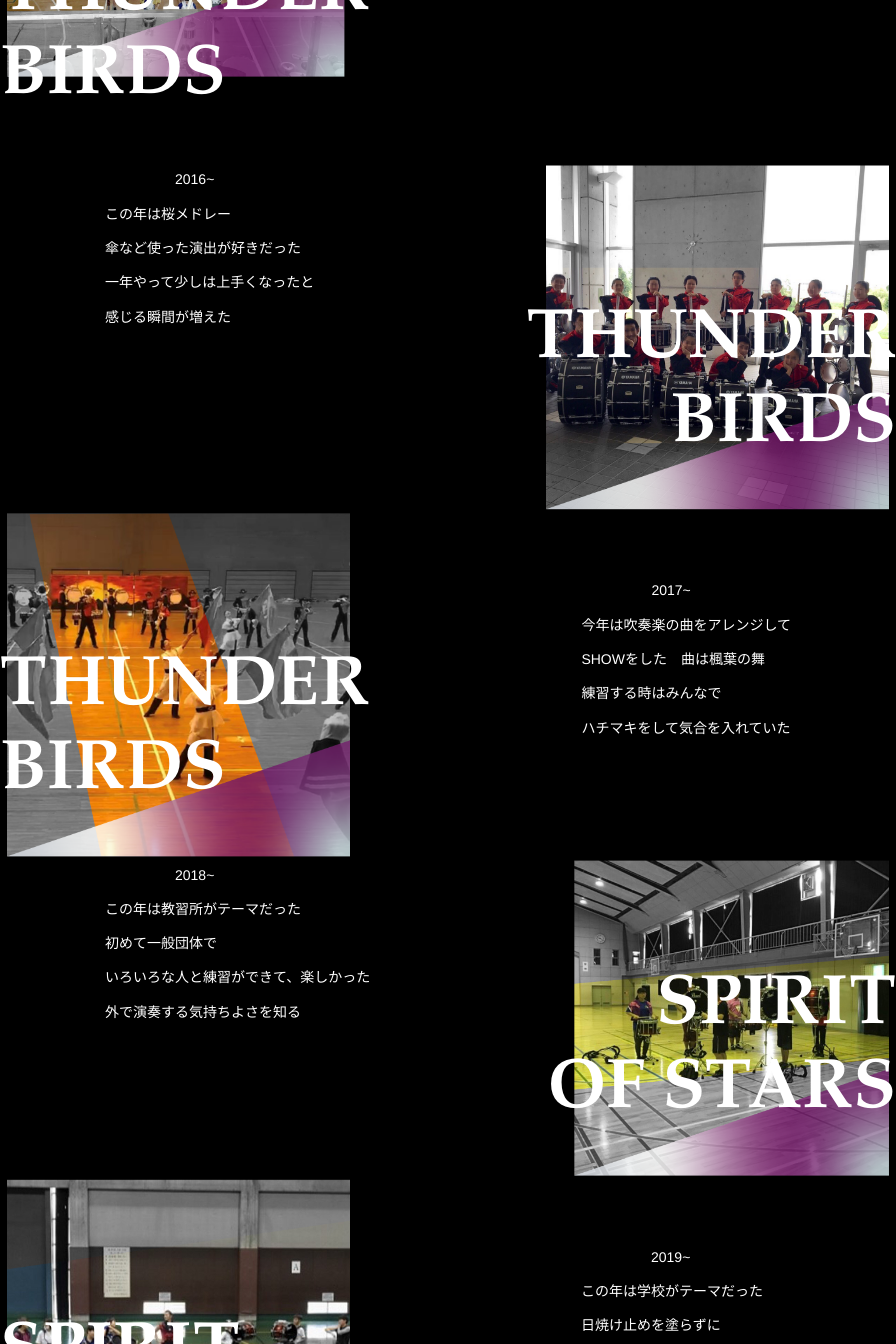
Repository: yutosoma/profile
Page: yuto/marching.html
The author's editor kept a record of every edit. The page is drawn from the files as they stood at one moment, then again after the next edit.
The browser window is 1280 px wide. The pictures show the part of the page from y = 1108 to 3028 px (the page is 3827 px tall), at 70% of full size.

Above is the page before.

After the next edit:
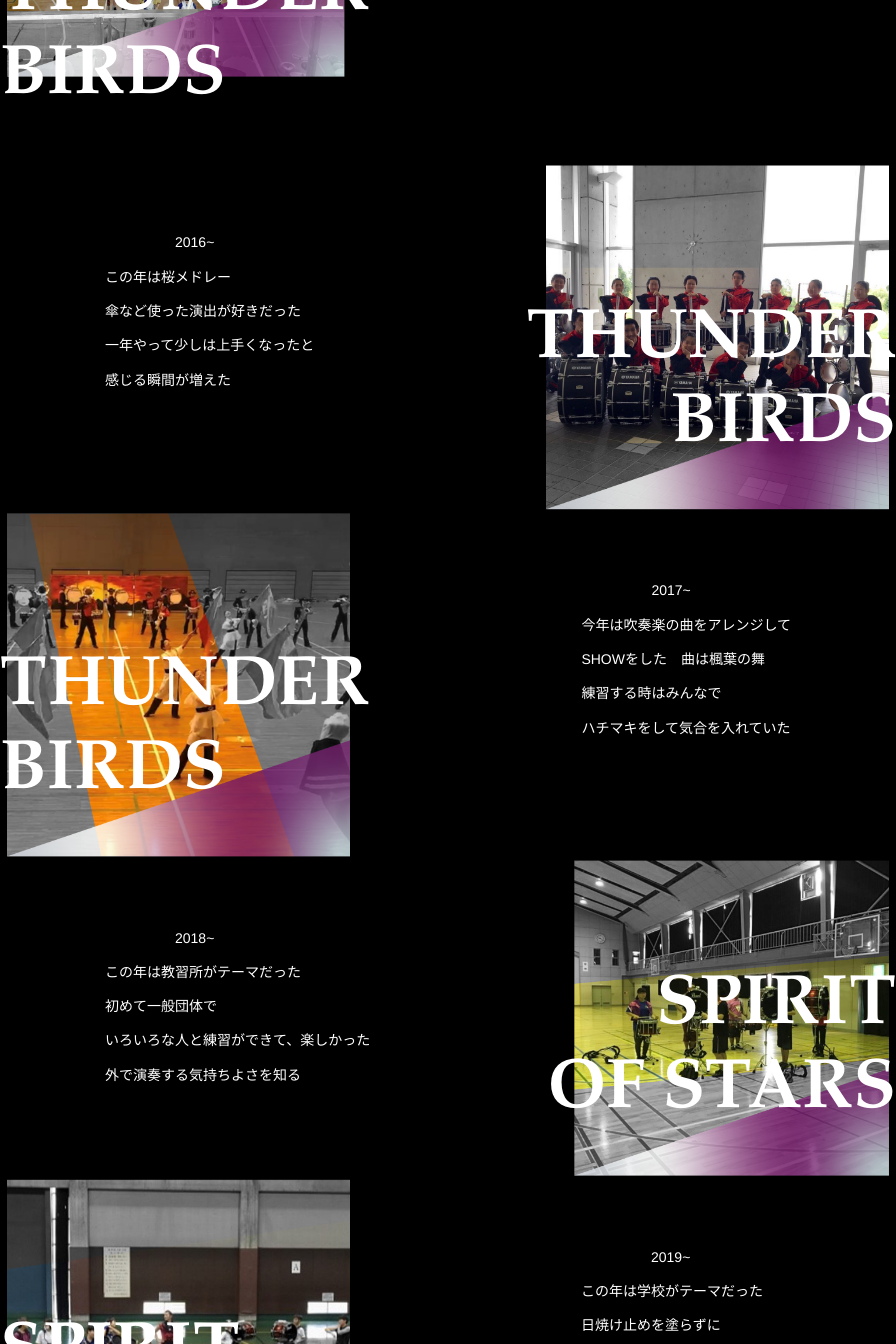
The edit:
--- a/yuto/marching.css
+++ b/yuto/marching.css
@@ -65,7 +65,8 @@
     color: white;
     position: relative;
     left:150px;
-    top:10px;
+    top:100px;
+    margin-bottom: 100px;
     font-size: 20px;
     white-space: nowrap;
     text-align: left;
